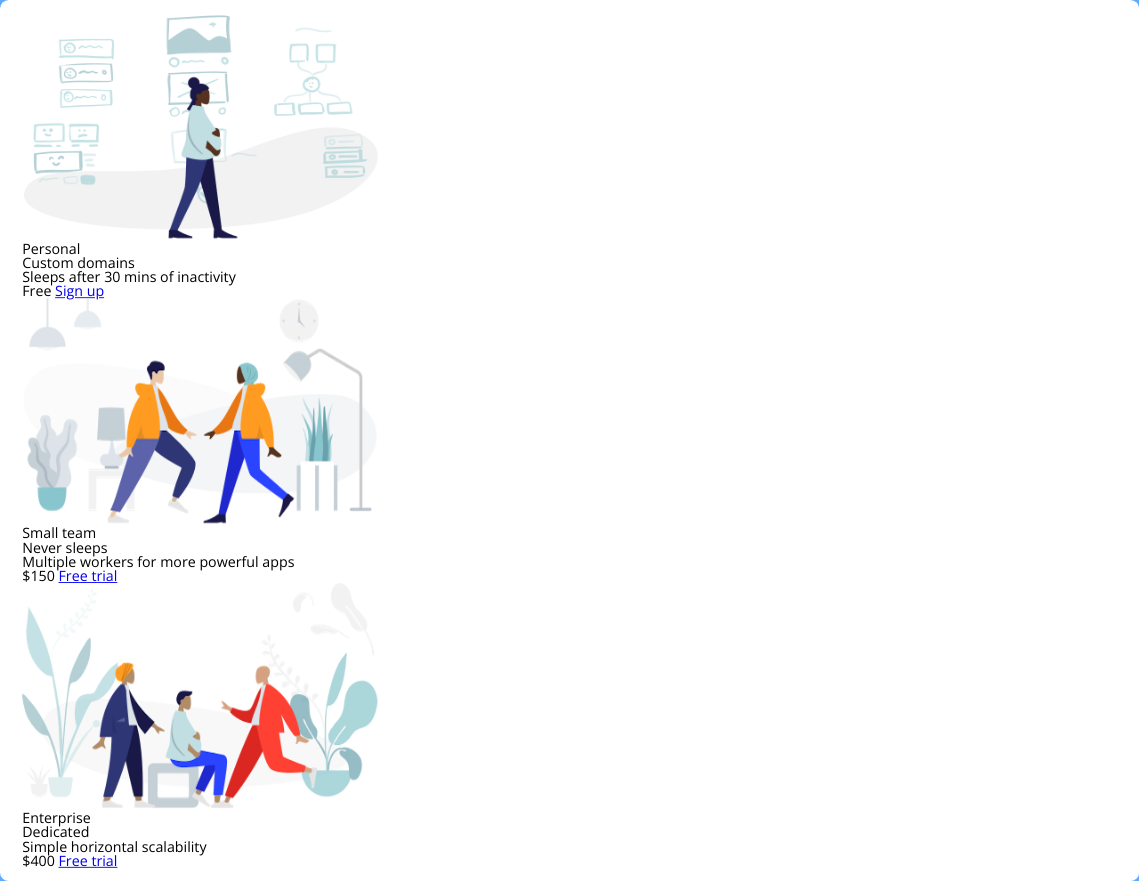
Repository: zhFIsHappy/UdemyFullStack
Page: PriceTable/index.html
An editor plug-in stored every save of this project. The page is shown before and after the next save, followed by the edit.
The browser window is 1280 px wide. The pictures show the whole page, at 89% of full size.

Above is the page before, as saved 2022-03-26 19:31:45.

After the next save:
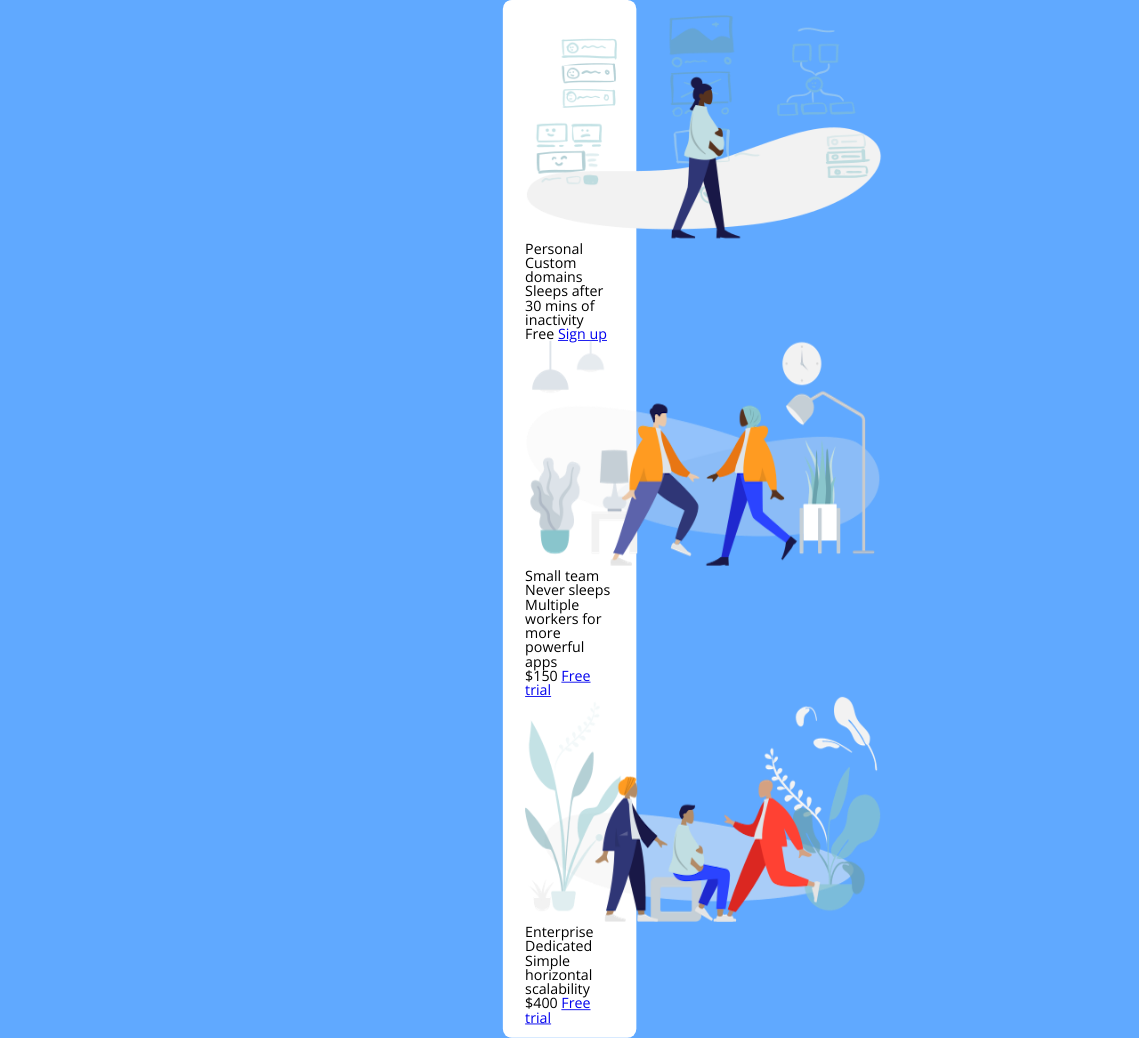
Saved 7 s later.
--- a/PriceTable/app.css
+++ b/PriceTable/app.css
@@ -64,5 +64,5 @@ body{
     border-radius:10px;
     padding :15px 25px;
     width: 100%;
-
+    max-width:100px;
 }
